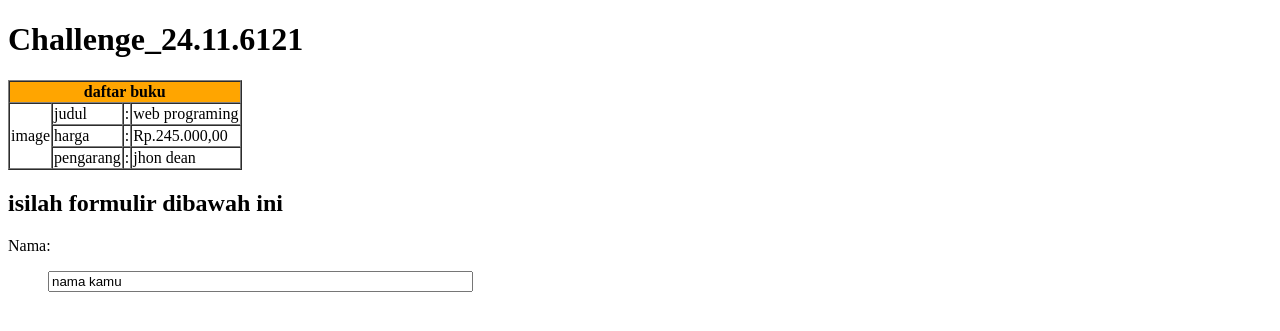
Repository: Tepen-com/challenge_24.11.6121_p4
Page: index.html
An editor plug-in stored every save of this project. The page is shown before and after the next save, followed by the edit.
The browser window is 1280 px wide. The pictures show the whole page.

Above is the page before, as saved 2026-04-20 10:58:08.

### index.html
<!DOCTYPE html>
<html lang="eng">
    <head>
        <meta charset="UTF-8">
        <meta name="viewport" content="width=device-width , initiave">
        <title>p1
        </title>

    </head>
    <body>
        <h1>Challenge_24.11.6121</h1>
        <table border="1" cellspacing="0">
            <tr>
                <th colspan="4" bgcolor="orange"> daftar buku</th>
            </tr>
            <tr>
                <td rowspan="4"> image
                </td>
                <td>
                    judul
                </td>
                <td>
                    :
                </td>
                <td>
                    web programing
                </td>
            </tr>
            <tr>
                <td>harga</td>
                <td>:</td>
                <td>Rp.245.000,00</td>
            </tr>
            <tr>
                <td>pengarang</td>
                <td>:</td>
                <td>jhon dean</td>
            </tr>
        </table>
        <h2>isilah formulir dibawah ini</h2>
        <p>Nama:</p>  <blockquote> <input type="text" value="nama kamu" size="50"></blockquote><br>

    </body>


</html>

After the next save:
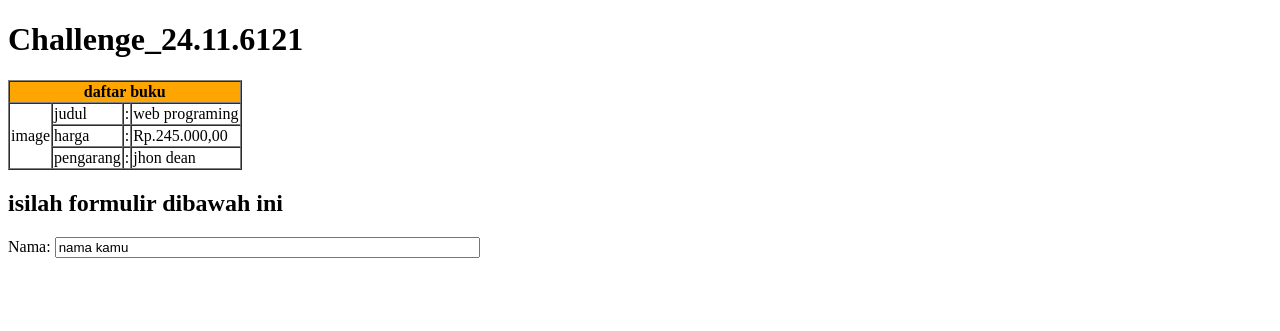
Saved 66 s later.
--- a/index.html
+++ b/index.html
@@ -38,7 +38,7 @@
             </tr>
         </table>
         <h2>isilah formulir dibawah ini</h2>
-        <p>Nama:</p>  <blockquote> <input type="text" value="nama kamu" size="50"></blockquote><br>
+        <p>Nama: <input type="text" value="nama kamu" size="50"></p> <br>
 
     </body>
 
